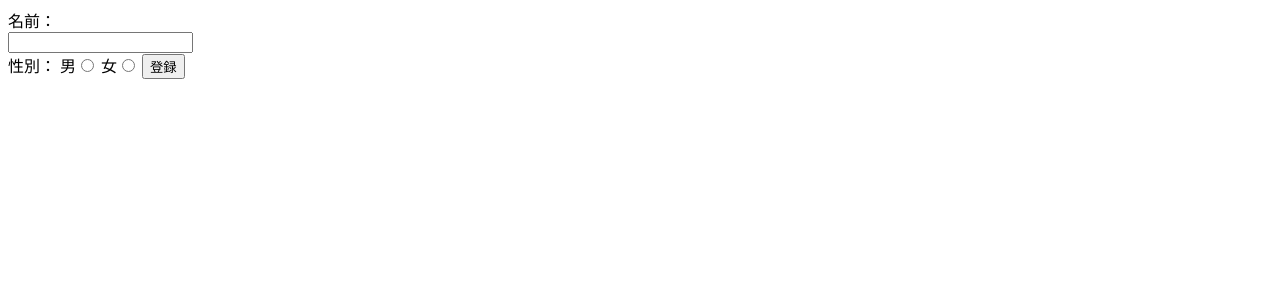
Repository: kidoikuya/learning-git
Page: http://localhost/example/form.jsp
These files come from the project's save history. The page is drawn as it stood at one moment and after the next save; the edit follows.
The browser window is 1280 px wide. The pictures show the whole page.
The page is served by Tomcat 10.

Above is the page before, as saved 2024-11-08 05:58:10.

After the next save:
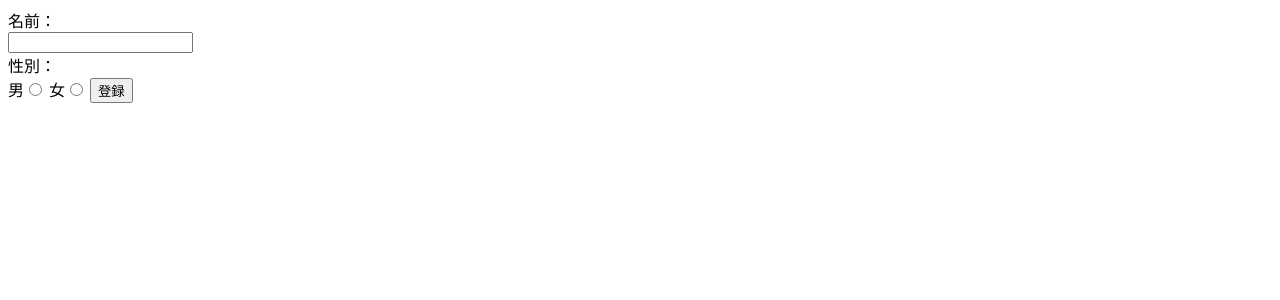
Saved 10 s later.
--- a/ドリルJava/example/src/main/webapp/form.jsp
+++ b/ドリルJava/example/src/main/webapp/form.jsp
@@ -10,7 +10,7 @@
 	<form action="FormServlet" method="post">
 		名前：<br>
 		<input type="text" name="name"><br>
-		性別：<by>
+		性別：<br>
 		男<input type="radio" name="gender" value="0">
 		女<input type="radio" name="gender" value="1">
 		<input type="submit" value="登録">
